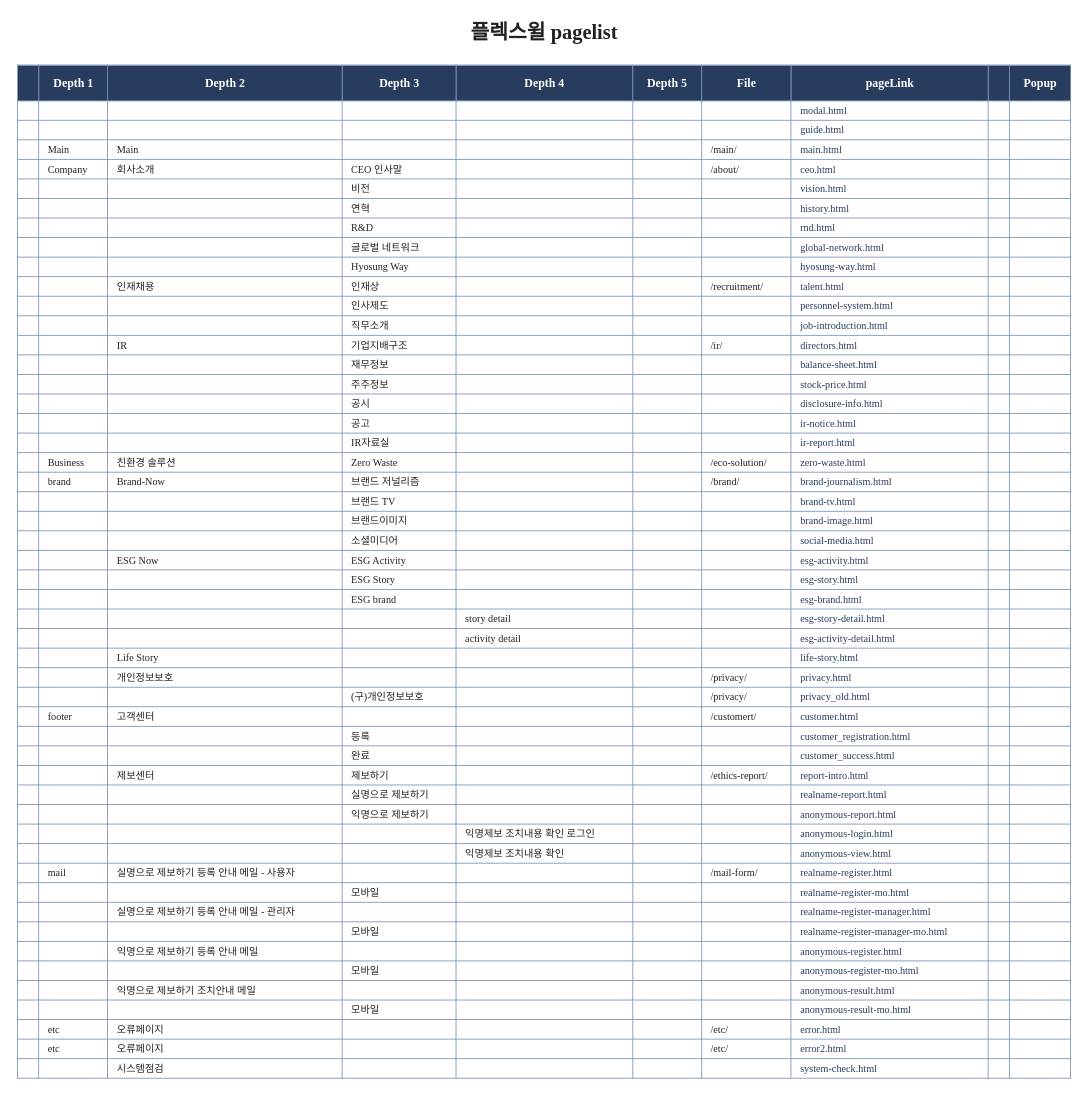
Repository: jang0ha/flexwill
Page: content/pgelist.html
The author's editor kept a copy of each file at every save. The page is drawn from the files as they stood at one save, then again after a run of saves.
The browser window is 1280 px wide. The pictures show the whole page, at 85% of full size.

Above is the page before, as saved 2023-04-06 17:05:20.

### content/pgelist.html
<html lang="ko" data-width="957" data-height="1573" class="is-mobile" data-device="others"><head>
  <meta charset="UTF-8">
  <meta http-equiv="x-ua-Compatible" content="IE=edge">
  <title>플렉스윌</title>
  <meta name="viewport" content="width=device-width,initial-scale=1,minimum-scale=1,maximum-scale=1,user-scalable=no,shrink-to-fit=no, viewport-fit=cover">
  <meta name="format-detection" content="telephone=no">
  <link rel="icon" type="image/png" href="./assets/favicon/favicon.ico" sizes="32x32">
  <style>
    body {
      padding: 20px;
      position: relative;
    }

    * {
      margin: 0;
      padding: 0;
      font-size: 12px;
      color: #222;
      line-height: 1.5em;
      font-family: 'NanumGothic';
    }

    h1 {
      margin-bottom: 20px;
      font-size: 24px;
      text-align: center;
    }

    table {
      width: 100%;
      border-collapse: collapse;
      margin: 0 auto;
    }

    table th,
    table td {
      border: 1px solid #7992b9;
      padding: 2px 10px;
      word-break: keep-all;
    }

    table th {
      background: #283c5d;
      color: #fff;
      padding: 10px;
      font-size: 14px;
    }

    table td a {
      color: #283c5d;
      text-decoration: none;
    }

    table td a:hover {
      text-decoration: underline;
    }

    table tbody tr:hover {
      background-color: #ecf8fc;
    }

    .noteTable {
      display: table;
      width: 100%;
    }

    .noteTable .date {
      display: table-cell;
      color: #ff523c;
      width: 40px;
    }

    .noteTable .note {
      display: table-cell;
    }

    .center {
      text-align: center;
    }

    .bg {
      background: #fff5f5;
    }

    ul.float {
      position: absolute;
      right: 20px;
      top: 20px;
    }

    ul.float li {
      list-style: none;
      border: 1px solid #ccc;
      padding: 2px 5px;
      display: inline-block;
    }

    .end {
      background: #ffffcc;
    }

    .ing {
      background: #f6b1a6;
    }

    .list {
      text-align: center;
      padding: 0 0 20px;
    }

    .list a {
      text-decoration: none;
      margin: 0 10px;
    }

    .list a:hover {
      text-decoration: underline;
    }

    .box {
      border: 2px dotted #aaa;
      padding: 1rem;
      margin-bottom: 1rem;
      text-align: center;
      line-height: 1.6;
    }

    .box > ul {
      display: inline-block;
      text-align-last: left;
    }
  </style>
</head>

<body >
  <h1>플렉스윌 pagelist</h1>
  <table>
    <thead>
      <tr>
        <th></th>
        <th>Depth 1</th>
        <th>Depth 2</th>
        <th>Depth 3</th>
        <th>Depth 4</th>
        <th>Depth 5</th>
        <th>File</th>
        <th>pageLink</th>
        <th></th>
        <th>Popup</th>
      </tr>
    </thead>
    <tbody id="pageList">
      <tr>
        <td></td>
        <td></td>
        <td></td>
        <td></td>
        <td></td>
        <td></td>
        <td></td>
        <td><a target="_blank" href="guide/modal.html">modal.html</a></td>
        <td></td>
        <td></td>
      </tr>
      <tr>
        <td></td>
        <td></td>
        <td></td>
        <td></td>
        <td></td>
        <td></td>
        <td></td>
        <td><a target="_blank" href="guide/guide.html">guide.html</a></td>
        <td></td>
        <td></td>
      </tr>
      <tr>
        <td></td>
        <td>Main</td>
        <td>Main</td>
        <td></td>
        <td></td>
        <td></td>
        <td>/main/</td>
        <td><a target="_blank" href="html/main/main.html">main.html</a></td>
        <td></td>
        <td></td>
      </tr>
      <tr>
        <td></td>
        <td>Company</td>
        <td>회사소개</td>
        <td>CEO 인사말</td>
        <td></td>
        <td></td>
        <td>/about/</td>
        <td><a target="_blank" href="html/about/ceo.html">ceo.html</a></td>
        <td></td>
        <td></td>
      </tr>
      <tr>
        <td></td>
        <td></td>
        <td></td>
        <td>비전</td>
        <td></td>
        <td></td>
        <td></td>
        <td><a target="_blank" href="html/about/vision.html">vision.html</a></td>
        <td></td>
        <td></td>
      </tr>
      <tr>
        <td></td>
        <td></td>
        <td></td>
        <td>연혁</td>
        <td></td>
        <td></td>
        <td></td>
        <td><a target="_blank" href="html/about/history.html">history.html</a></td>
        <td></td>
        <td></td>
      </tr>
      <tr>
        <td></td>
        <td></td>
        <td></td>
        <td>R&amp;D</td>
        <td></td>
        <td></td>
        <td></td>
        <td><a target="_blank" href="html/about/rnd.html">rnd.html</a></td>
        <td></td>
        <td></td>
      </tr>
      <tr>
        <td></td>
        <td></td>
        <td></td>
        <td>글로벌 네트워크</td>
        <td></td>
        <td></td>
        <td></td>
        <td><a target="_blank" href="html/about/global-network.html">global-network.html</a></td>
        <td></td>
        <td></td>
      </tr>
      <tr>
        <td></td>
        <td></td>
        <td></td>
        <td>Hyosung Way</td>
        <td></td>
        <td></td>
        <td></td>
        <td><a target="_blank" href="html/about/hyosung-way.html">hyosung-way.html</a></td>
        <td></td>
        <td></td>
      </tr>
      <tr>
        <td></td>
        <td></td>
        <td>인재채용</td>
        <td>인재상</td>
        <td></td>
        <td></td>
        <td>/recruitment/</td>
        <td><a target="_blank" href="html/recruitment/talent.html">talent.html</a></td>
        <td></td>
        <td></td>
      </tr>
      <tr>
        <td></td>
        <td></td>
        <td></td>
        <td>인사제도</td>
        <td></td>
        <td></td>
        <td></td>
        <td><a target="_blank" href="html/recruitment/personnel-system.html">personnel-system.html</a></td>
        <td></td>
        <td></td>
      </tr>
      <tr>
        <td></td>
        <td></td>
        <td></td>
        <td>직무소개</td>
        <td></td>
        <td></td>
        <td></td>
        <td><a target="_blank" href="html/recruitment/job-introduction.html">job-introduction.html</a></td>
        <td></td>
        <td></td>
      </tr>
      <tr>
        <td></td>
        <td></td>
        <td>IR</td>
        <td>기업지배구조</td>
        <td></td>
        <td></td>
        <td>/ir/</td>
        <td><a target="_blank" href="html/ir/directors.html">directors.html</a></td>
        <td></td>
        <td></td>
      </tr>
      <tr>
        <td></td>
        <td></td>
        <td></td>
        <td>재무정보</td>
        <td></td>
        <td></td>
        <td></td>
        <td><a target="_blank" href="html/ir/balance-sheet.html">balance-sheet.html</a></td>
        <td></td>
        <td></td>
      </tr>
      <tr>
        <td></td>
        <td></td>
        <td></td>
        <td>주주정보</td>
        <td></td>
        <td></td>
        <td></td>
        <td><a target="_blank" href="html/ir/stock-price.html">stock-price.html</a></td>
        <td></td>
        <td></td>
      </tr>
      <tr>
        <td></td>
        <td></td>
        <td></td>
        <td>공시</td>
        <td></td>
        <td></td>
        <td></td>
        <td><a target="_blank" href="html/ir/disclosure-info.html">disclosure-info.html</a></td>
        <td></td>
        <td></td>
      </tr>
      <tr>
        <td></td>
        <td></td>
        <td></td>
        <td>공고</td>
        <td></td>
        <td></td>
        <td></td>
        <td><a target="_blank" href="html/ir/ir-notice.html">ir-notice.html</a></td>
        <td></td>
        <td></td>
      </tr>
      <tr>
        <td></td>
        <td></td>
        <td></td>
        <td>IR자료실</td>
        <td></td>
        <td></td>
        <td></td>
        <td><a target="_blank" href="html/ir/ir-report.html">ir-report.html</a></td>
        <td></td>
        <td></td>
      </tr>
      <tr>
        <td></td>
        <td>Business</td>
        <td>친환경 솔루션</td>
        <td>Zero Waste</td>
        <td></td>
        <td></td>
        <td>/eco-solution/</td>
        <td><a target="_blank" href="html/eco-solution/zero-waste.html">zero-waste.html</a></td>
        <td></td>
        <td></td>
      </tr>
      <tr>
        <td></td>
        <td>brand</td>
        <td>Brand-Now</td>
        <td>브랜드 저널리즘</td>
        <td></td>
        <td></td>
        <td>/brand/</td>
        <td><a target="_blank" href="html/brand-now/brand-journalism.html">brand-journalism.html</a></td>
        <td></td>
        <td></td>
      </tr>
      <tr>
        <td></td>
        <td></td>
        <td></td>
        <td>브랜드 TV</td>
        <td></td>
        <td></td>
        <td></td>
        <td><a target="_blank" href="html/brand-now/brand-tv.html">brand-tv.html</a></td>
        <td></td>
        <td></td>
      </tr>
      <tr>
        <td></td>
        <td></td>
        <td></td>
        <td>브랜드이미지</td>
        <td></td>
        <td></td>
        <td></td>
        <td><a target="_blank" href="html/brand-now/brand-image.html">brand-image.html</a></td>
        <td></td>
        <td></td>
      </tr>
      <tr>
        <td></td>
        <td></td>
        <td></td>
        <td>소셜미디어</td>
        <td></td>
        <td></td>
        <td></td>
        <td><a target="_blank" href="html/brand-now/social-media.html">social-media.html</a></td>
        <td></td>
        <td></td>
      </tr>
      <tr>
        <td></td>
        <td></td>
        <td>ESG Now</td>
        <td>ESG Activity</td>
        <td></td>
        <td></td>
        <td></td>
        <td><a target="_blank" href="html/esg-now/esg-activity.html">esg-activity.html</a></td>
        <td></td>
        <td></td>
      </tr>
      <tr>
        <td></td>
        <td></td>
        <td></td>
        <td>ESG Story</td>
        <td></td>
        <td></td>
        <td></td>
        <td><a target="_blank" href="html/esg-now/esg-story.html">esg-story.html</a></td>
        <td></td>
        <td></td>
      </tr>
      <tr>
        <td></td>
        <td></td>
        <td></td>
        <td>ESG brand</td>
        <td></td>
        <td></td>
        <td></td>
        <td><a target="_blank" href="html/esg-now/esg-brand.html">esg-brand.html</a></td>
        <td></td>
        <td></td>
      </tr>
      <tr>
        <td></td>
        <td></td>
        <td></td>
        <td></td>
        <td>story detail</td>
        <td></td>
        <td></td>
        <td><a target="_blank" href="html/esg-now/esg-story-detail.html">esg-story-detail.html</a></td>
        <td></td>
        <td></td>
      </tr>
      <tr>
        <td></td>
        <td></td>
        <td></td>
        <td></td>
        <td>activity detail</td>
        <td></td>
        <td></td>
        <td><a target="_blank" href="html/esg-now/esg-activity-detail.html">esg-activity-detail.html</a></td>
        <td></td>
        <td></td>
      </tr>
      <tr>
        <td></td>
        <td></td>
        <td>Life Story</td>
        <td></td>
        <td></td>
        <td></td>
        <td></td>
        <td><a target="_blank" href="html/brand-now/life-story.html">life-story.html</a></td>
        <td></td>
        <td></td>
      </tr>
      <tr>
        <td></td>
        <td></td>
        <td>개인정보보호</td>
        <td></td>
        <td></td>
        <td></td>
        <td>/privacy/</td>
        <td><a target="_blank" href="html/privacy/privacy.html">privacy.html</a></td>
        <td></td>
        <td></td>
      </tr>
      <tr>
        <td></td>
        <td></td>
        <td></td>
        <td>(구)개인정보보호</td>
        <td></td>
        <td></td>
        <td>/privacy/</td>
        <td><a target="_blank" href="html/privacy/privacy_old.html">privacy_old.html</a></td>
        <td></td>
        <td></td>
      </tr>
      <tr>
        <td></td>
        <td>footer</td>
        <td>고객센터</td>
        <td></td>
        <td></td>
        <td></td>
        <td>/customert/</td>
        <td><a target="_blank" href="html/inquiry/customer.html">customer.html</a></td>
        <td></td>
        <td></td>
      </tr>
      <tr>
        <td></td>
        <td></td>
        <td></td>
        <td>등록</td>
        <td></td>
        <td></td>
        <td></td>
        <td><a target="_blank" href="html/inquiry/customer_registration.html">customer_registration.html</a></td>
        <td></td>
        <td></td>
      </tr>
      <tr>
        <td></td>
        <td></td>
        <td></td>
        <td>완료</td>
        <td></td>
        <td></td>
        <td></td>
        <td><a target="_blank" href="html/inquiry/customer_success.html">customer_success.html</a></td>
        <td></td>
        <td></td>
      </tr>
      <tr>
        <td></td>
        <td></td>
        <td>제보센터</td>
        <td>제보하기</td>
        <td></td>
        <td></td>
        <td>/ethics-report/</td>
        <td><a target="_blank" href="html/ethics-report/report-intro.html">report-intro.html</a></td>
        <td></td>
        <td></td>
      </tr>

      <tr>
        <td></td>
        <td></td>
        <td></td>
        <td>실명으로 제보하기</td>
        <td></td>
        <td></td>
        <td></td>
        <td><a target="_blank" href="html/ethics-report/realname-report.html">realname-report.html</a></td>
        <td></td>
        <td></td>
      </tr>
      <tr>
        <td></td>
        <td></td>
        <td></td>
        <td>익명으로 제보하기</td>
        <td></td>
        <td></td>
        <td></td>
        <td><a target="_blank" href="html/ethics-report/anonymous-report.html">anonymous-report.html</a></td>
        <td></td>
        <td></td>
      </tr>
      <tr>
        <td></td>
        <td></td>
        <td></td>
        <td></td>
        <td>익명제보 조치내용 확인 로그인</td>
        <td></td>
        <td></td>
        <td><a target="_blank" href="html/ethics-report/anonymous-login.html">anonymous-login.html</a></td>
        <td></td>
        <td></td>
      </tr>
      <tr>
        <td></td>
        <td></td>
        <td></td>
        <td></td>
        <td>익명제보 조치내용 확인</td>
        <td></td>
        <td></td>
        <td><a target="_blank" href="html/ethics-report/anonymous-view.html">anonymous-view.html</a></td>
        <td></td>
        <td></td>
      </tr>
      <tr>
        <td></td>
        <td>mail</td>
        <td>실명으로 제보하기 등록 안내 메일 - 사용자</td>
        <td></td>
        <td></td>
        <td></td>
        <td>/mail-form/</td>
        <td><a target="_blank" href="html/mail-form/realname-register.html">realname-register.html</a></td>
        <td></td>
        <td></td>
      </tr>
      <tr>
        <td></td>
        <td></td>
        <td></td>
        <td>모바일</td>
        <td></td>
        <td></td>
        <td></td>
        <td><a target="_blank" href="html/mail-form/realname-register-mo.html">realname-register-mo.html</a></td>
        <td></td>
        <td></td>
      </tr>
      <tr>
        <td></td>
        <td></td>
        <td>실명으로 제보하기 등록 안내 메일 - 관리자</td>
        <td></td>
        <td></td>
        <td></td>
        <td></td>
        <td><a target="_blank" href="html/mail-form/realname-register-manager.html">realname-register-manager.html</a></td>
        <td></td>
        <td></td>
      </tr>
      <tr>
        <td></td>
        <td></td>
        <td></td>
        <td>모바일</td>
        <td></td>
        <td></td>
        <td></td>
        <td><a target="_blank" href="html/mail-form/realname-register-manager-mo.html">realname-register-manager-mo.html</a></td>
        <td></td>
        <td></td>
      </tr>
      <tr>
        <td></td>
        <td></td>
        <td>익명으로 제보하기 등록 안내 메일</td>
        <td></td>
        <td></td>
        <td></td>
        <td></td>
        <td><a target="_blank" href="html/mail-form/anonymous-register.html">anonymous-register.html</a></td>
        <td></td>
        <td></td>
      </tr>
      <tr>
        <td></td>
        <td></td>
        <td></td>
        <td>모바일</td>
        <td></td>
        <td></td>
        <td></td>
        <td><a target="_blank" href="html/mail-form/anonymous-register-mo.html">anonymous-register-mo.html</a></td>
        <td></td>
        <td></td>
      </tr>
      <tr>
        <td></td>
        <td></td>
        <td>익명으로 제보하기 조치안내 메일</td>
        <td></td>
        <td></td>
        <td></td>
        <td></td>
        <td><a target="_blank" href="html/mail-form/anonymous-result.html">anonymous-result.html</a></td>
        <td></td>
        <td></td>
      </tr>
      <tr>
        <td></td>
        <td></td>
        <td></td>
        <td>모바일</td>
        <td></td>
        <td></td>
        <td></td>
        <td><a target="_blank" href="html/mail-form/anonymous-result-mo.html">anonymous-result-mo.html</a></td>
        <td></td>
        <td></td>
      </tr>
      <tr>
        <td></td>
        <td>etc</td>
        <td>오류페이지</td>
        <td></td>
        <td></td>
        <td></td>
        <td>/etc/</td>
        <td><a target="_blank" href="html/etc/error.html">error.html</a></td>
        <td></td>
        <td></td>
      </tr>
      <tr>
        <td></td>
        <td>etc</td>
        <td>오류페이지</td>
        <td></td>
        <td></td>
        <td></td>
        <td>/etc/</td>
        <td><a target="_blank" href="html/etc/error2.html">error2.html</a></td>
        <td></td>
        <td></td>
      </tr>
      <tr>
        <td></td>
        <td></td>
        <td>시스템점검</td>
        <td></td>
        <td></td>
        <td></td>
        <td></td>
        <td><a target="_blank" href="html/etc/system-check.html">system-check.html</a></td>
        <td></td>
        <td></td>
      </tr>
    </tbody>
  </table>
  <script>
    var leng = document.querySelectorAll('tbody td a');
    console.log(leng.length);

    // var rows = document.getElementById("pageList").getElementsByTagName("tr");
    // console.log(rows.length);
  </script>


</body></html>

After the next 2 saves:
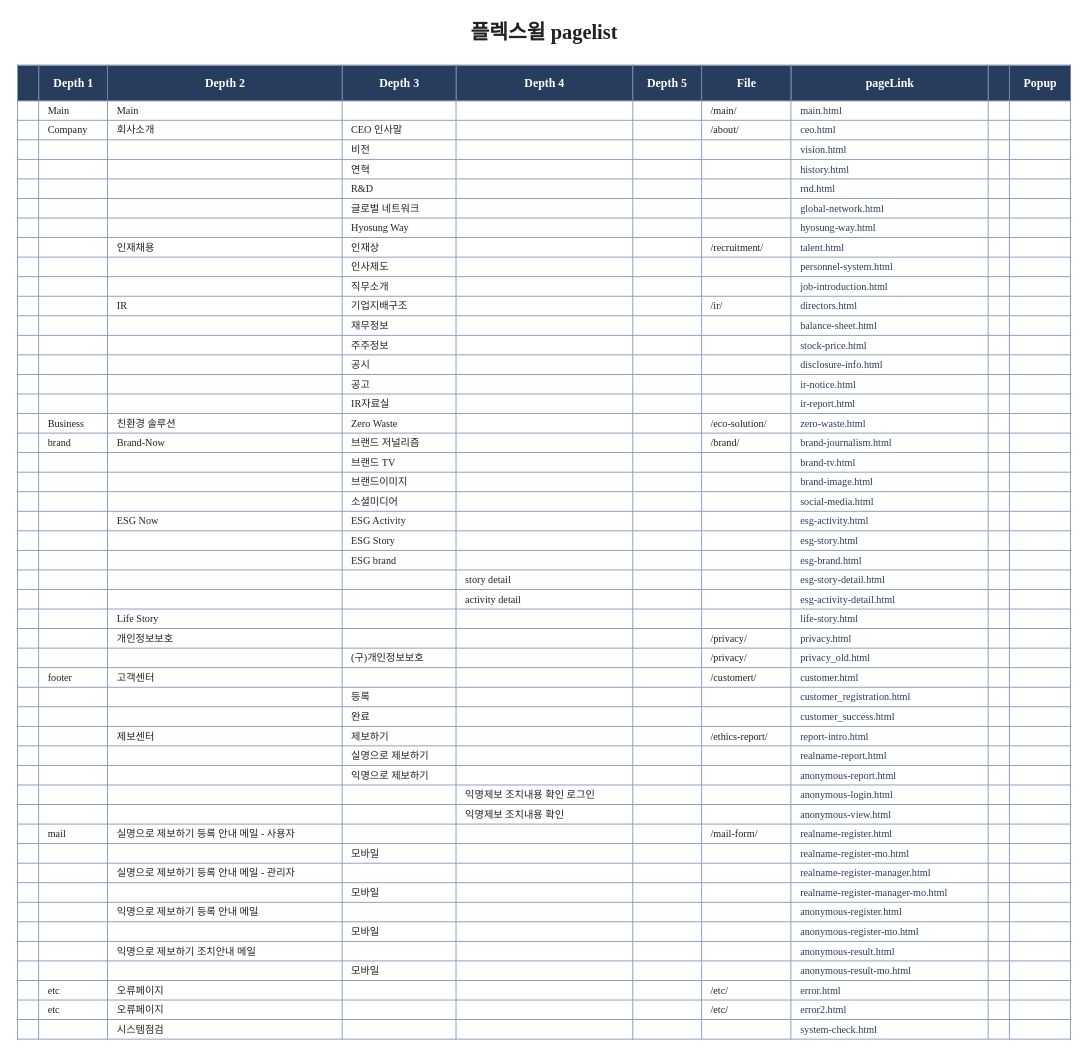
The 2 saves are shown as one change because they came seconds apart.
The last was saved 8 s later.
--- a/content/pgelist.html
+++ b/content/pgelist.html
@@ -152,30 +152,6 @@
     <tbody id="pageList">
       <tr>
         <td></td>
-        <td></td>
-        <td></td>
-        <td></td>
-        <td></td>
-        <td></td>
-        <td></td>
-        <td><a target="_blank" href="guide/modal.html">modal.html</a></td>
-        <td></td>
-        <td></td>
-      </tr>
-      <tr>
-        <td></td>
-        <td></td>
-        <td></td>
-        <td></td>
-        <td></td>
-        <td></td>
-        <td></td>
-        <td><a target="_blank" href="guide/guide.html">guide.html</a></td>
-        <td></td>
-        <td></td>
-      </tr>
-      <tr>
-        <td></td>
         <td>Main</td>
         <td>Main</td>
         <td></td>
